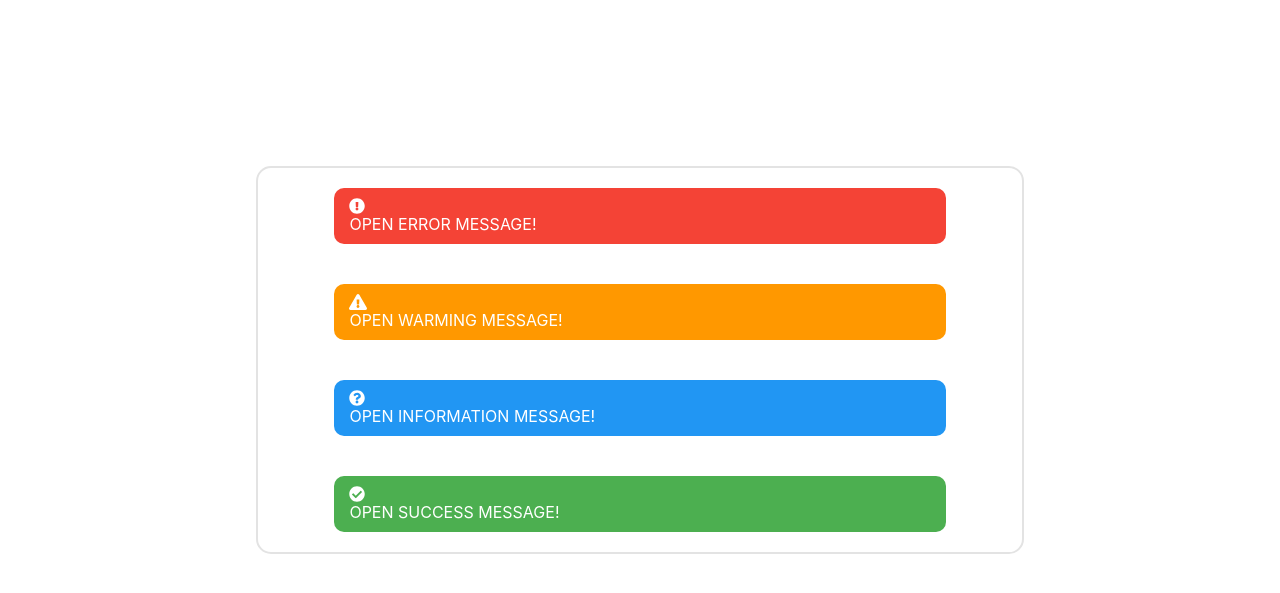
Repository: KrzysKolo/sr_tydzien5_zad2
Page: /
The author's editor kept a copy of each file at every save. The page is drawn from the files as they stood at one save, then again after the next save.
The browser window is 1280 px wide. The pictures show the whole page.
The project was rebuilt for these pictures with package versions that can differ from the ones it lists, and the page was loaded fresh each time.

Above is the page before, as saved 2020-12-21 18:17:42.

### public/index.html
<!DOCTYPE html>
<html lang="en">
  <head>
    <meta charset="utf-8" />
    <link rel="icon" href="%PUBLIC_URL%/favicon.ico" />
    <meta name="viewport" content="width=device-width, initial-scale=1" />
    <meta name="theme-color" content="#000000" />
    <meta
      name="description"
      content="Web site created using create-react-app"
    />
    <link rel="apple-touch-icon" href="%PUBLIC_URL%/logo192.png" />
    <!--
      manifest.json provides metadata used when your web app is installed on a
      user's mobile device or desktop. See https://developers.google.com/web/fundamentals/web-app-manifest/
    -->
    <link rel="manifest" href="%PUBLIC_URL%/manifest.json" />
    <!--
      Notice the use of %PUBLIC_URL% in the tags above.
      It will be replaced with the URL of the `public` folder during the build.
      Only files inside the `public` folder can be referenced from the HTML.

      Unlike "/favicon.ico" or "favicon.ico", "%PUBLIC_URL%/favicon.ico" will
      work correctly both with client-side routing and a non-root public URL.
      Learn how to configure a non-root public URL by running `npm run build`.
    -->
    <title>Zad 2 - snackbar</title>
  </head>
  <body>
    <noscript>You need to enable JavaScript to run this app.</noscript>
    <div id="root"></div>
    <!--
      This HTML file is a template.
      If you open it directly in the browser, you will see an empty page.

      You can add webfonts, meta tags, or analytics to this file.
      The build step will place the bundled scripts into the <body> tag.

      To begin the development, run `npm start` or `yarn start`.
      To create a production bundle, use `npm run build` or `yarn build`.
    -->
  </body>
</html>

### src/App.js
import React from 'react';
import Buttons from './components/Buttons';
import './App.css';
const App = () => {
  return (
    <div className="wrapper--btn">
      <Buttons />
    </div>
  )
}

export default App;

### src/components/Buttons.js
import React from 'react';
import PaletColors from './../colors/PaletColors';
import ButtonsData from './../data/ButtonsData';
import Button from './Button';

const Buttons = () => {
    return (
        <>
            {ButtonsData.map(button =>
                <Button key={button.id} data={button} />
            )}
        </>
    )
}

export default Buttons;

### src/App.css
* {
  box-sizing: border-box;
  margin: 0;
  position: relative;
}
body {
  width: 100vw;
  height: 100vh;
  display: flex;
  flex-direction: row;
  justify-content: center;
  align-items: center;
}
.wrapper--btn {
  border: 2px solid #e3e3e3;
  border-radius: 15px;
  width: 60vw;
  display: flex;
  flex-direction: column;
  justify-content: center;
  align-items: center;
}
.btn {
  border-radius: 10px;
  color: rgb(240, 239, 244);
  cursor: pointer;
  padding: 10px 15px;
  margin: 20px;
  width: 80%;
  display: grid;
}

### src/colors/PaletColors.js
const PaletColors = {
    "red": "rgb(244, 67, 54)",
    "orange": "rgb(255, 152, 0)",
    "blue": "rgb(33, 150, 243)",
    "green": "rgb(76, 175, 80)",
    "maroon": "rgb(124, 0, 0)",
    "navy": "rgb(44, 44, 96)",
    "white": "rgb(240, 239, 244)",
    "black": "rgb(0, 0, 0)",
};

  export default PaletColors;

### src/data/ButtonsData.js
const ButtonsData = [
    {
      id: 0,
      name: "OPEN ERROR MESSAGE!",
      event: "handleClickError",
      color: "rgb(244, 67, 54)",
      icon: "faExclamationCircle"
    },
    {
      id: 1,
      name: "OPEN WARMING MESSAGE!",
      event: "handleClickWarming",
      color: "rgb(255, 152, 0)",
      icon: "faExclamationTriangle",
    },
    {
      id: 2,
      name: "OPEN INFORMATION MESSAGE!",
      event: "handleClickInformation",
      color: "rgb(33, 150, 243)",
      icon: "faQuestionCircle",
    },
    {
      id: 3,
      name: "OPEN SUCCESS MESSAGE!",
      event: "handleClickSuccess",
      color: "rgb(76, 175, 80)",
      icon: "faCheckCircle",
    },

  ]
 export default ButtonsData;

### src/components/Button.js
import React, { useState } from 'react';
import Icons from './Icons';
import PaletColor from './../colors/PaletColors';
import { faEarlybirds } from '@fortawesome/free-brands-svg-icons';

const Button = ({ data} ) => {
    const [isHovered, setIsHovered] = useState(false);
    const unhoveredStyle = {
        background: data.color,
        color: "#fff",
        transition: `all .3s ease`,
      };

      const hoveredStyle = {
        border: `2px solid ${data.color}`,
        backgroundColor: "#fff",
        color: data.color,

      };
    return (
        <div className="btn"
        onClick={data.event}
        style={isHovered ? hoveredStyle : unhoveredStyle
              }
        onMouseOver={() => setIsHovered(true)}
        onMouseLeave={() => setIsHovered(false)}>
            <Icons icon={data.icon}/>
             {data.name}
        </div>
    )
}

export default Button;

### src/components/Icons.js
import React from 'react';
import { FontAwesomeIcon } from '@fortawesome/react-fontawesome';
import { faCheckCircle, faQuestionCircle, faExclamationTriangle, faExclamationCircle } from '@fortawesome/free-solid-svg-icons';

const Icons = ({icon}) => {

        switch (icon) {
            case 'faExclamationCircle': return <FontAwesomeIcon icon={faExclamationCircle} />;
            case 'faExclamationTriangle': return <FontAwesomeIcon icon={faExclamationTriangle} />;
            case 'faQuestionCircle': return <FontAwesomeIcon icon={faQuestionCircle} />;
            case 'faCheckCircle': return <FontAwesomeIcon icon={faCheckCircle} />;
            default: return null;
            }



}

export default Icons;

Loaded but not shown: src/index.js (common file); src/index.css (common file)

After the next save:
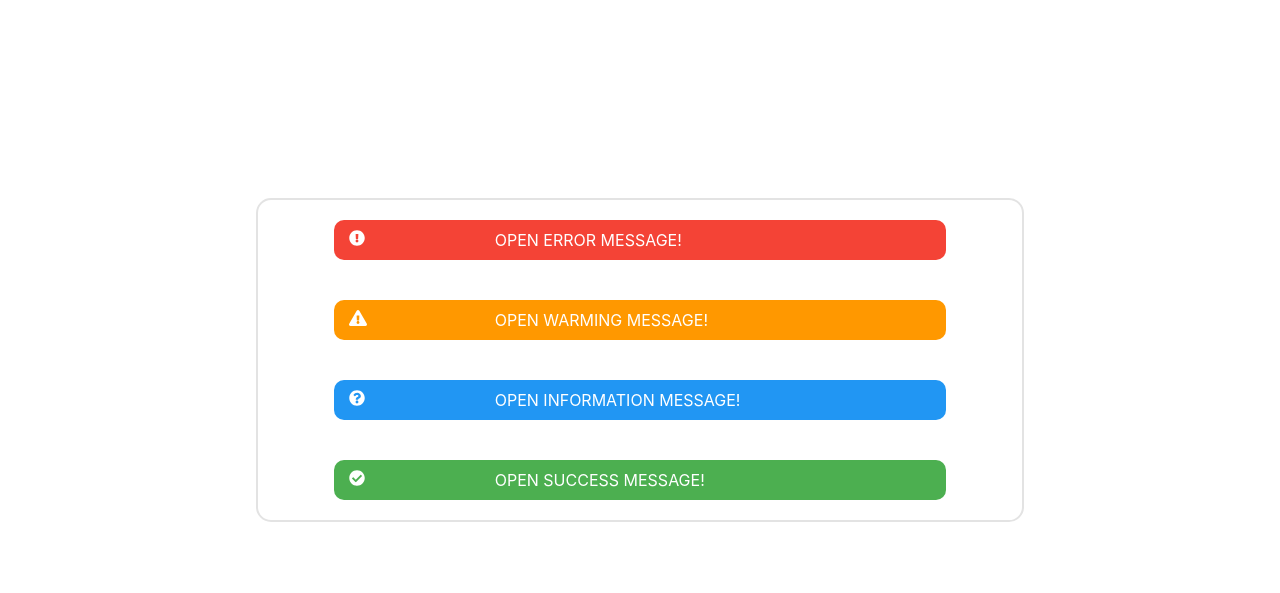
Saved 80 s later.
--- a/src/App.css
+++ b/src/App.css
@@ -28,4 +28,5 @@ body {
   margin: 20px;
   width: 80%;
   display: grid;
+  grid-template-columns: 1fr 3fr;
 }
